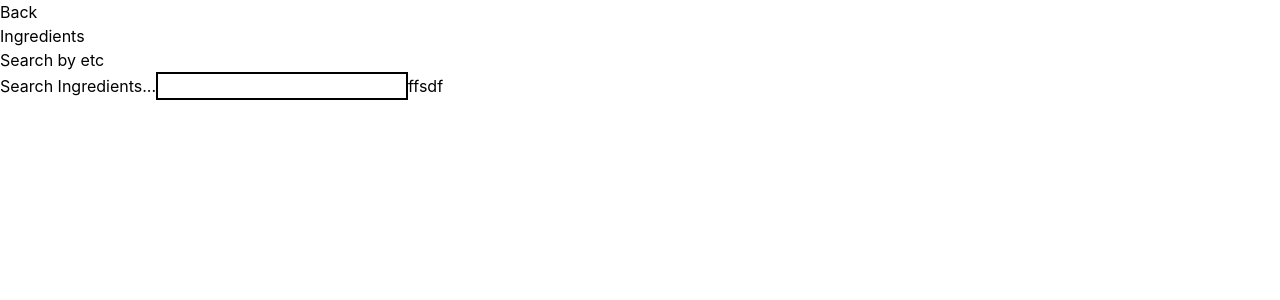
Repository: thais-chen/Meal
Page: /ingredients (app in meal-plan/)
The author's editor kept a copy of each file at every save. The page is drawn from the files as they stood at one save, then again after a run of saves.
The browser window is 1280 px wide. The pictures show the whole page.
The project was rebuilt for these pictures with package versions that can differ from the ones it lists, and the page was loaded fresh each time. The framework's server and built-in components were replaced by stand-ins that run in the browser. Also part of the build but not shown: meal-plan/next.config.js.

Above is the page before, as saved 2022-08-11 19:25:04.

### meal-plan/pages/_app.js
import '../styles/globals.css'
/* import '../styles/globals.css'
import 'tailwindcss/tailwind.css'; */
function MyApp({ Component, pageProps }) {
  return <Component {...pageProps} />
}

export default MyApp

### meal-plan/pages/ingredients.js
import Heading from "../comps/Heading";
import Form from "../comps/Form";
import Navbar from "../comps/Navbar";
import { useState, useRef } from "react";

export default function Ingredients() {

  const inputRef = useRef();
  const [form, setForm] = useState("");
  const [theimg, setTheImg] = useState({
    name: "",
    url: "",
    id: "",
  });
  const [imgArr, setImgArr] = useState([]);

  function handleChange(e) {
    setForm(e.target.value);
  }

const getImg = async () => {
  const params = new URLSearchParams({ ingr: form });
  const res = await fetch(
    `https://edamam-food-and-grocery-database.p.rapidapi.com/parser?ingr=${params}`,
    {
      method: "GET",
      headers: {
        "X-RapidAPI-Key": "29a63a7413msh8378b61a2e11cf3p192e62jsn53d83f1651fe",
        "X-RapidAPI-Host": "edamam-food-and-grocery-database.p.rapidapi.com",
      },
    }
  );

  if (!res.ok) {
    throw res;
  }

  const data = await res.json();
  return {
    name: form,
    url: data.parsed[0].food.image,
    id: Math.random(), // recommend Date.now() instead
  };
};
const clickHandler = async () => {
  try {
    const newImg = await getImg(); // wait for getImg() to resolve
    setTheImg(newImg); // set img state
    setImgArr((prev) => [...prev, newImg]); // add it to the array

  } catch (err) {
    console.error(err);
  }

};

  const thingsElements = imgArr.map((thing) => (
    <div key={thing.id}>
      <img src={thing.url} />
      <p>{thing.name}</p>
    </div>
  ));

  return (
    <>
      <Navbar page="/" />
      <Heading heading="Ingredients" info="Search by etc" />
      <Form
        label="Search Ingredients..."
        onChange={handleChange}
        value={form.value}
        imgsrc={theimg}
        ref={inputRef}
        clicked={clickHandler}
      />

      {thingsElements}
    </>
  );
}

### meal-plan/styles/globals.css
@import 'tailwindcss/base';
@import 'tailwindcss/components';

@import 'tailwindcss/utilities';

html,
body {
  padding: 0;
  margin: 0;
  font-family: -apple-system, BlinkMacSystemFont, Segoe UI, Roboto, Oxygen,
    Ubuntu, Cantarell, Fira Sans, Droid Sans, Helvetica Neue, sans-serif;
}

a {
  color: inherit;
  text-decoration: none;
}

* {
  box-sizing: border-box;
}

@media (prefers-color-scheme: dark) {
  html {
    color-scheme: dark;
  }
  body {
    color: white;
    background: black;
  }
}

input{
  border:2px solid;
}

### meal-plan/comps/Heading.js

const Heading = (props) => {
    return(
        <div>
            <h1> {props.heading}</h1>
            <p>{props.info}</p>
        </div>
    )
}
export default Heading;

### meal-plan/comps/Form.js
import { useState } from "react";

const Form = (props) => {
  return (
    <>
      <label>
        {props.label}
        <input value={props.value} onChange={props.onChange} />
        <button onClick={props.clicked}> ffsdf</button>
      </label>
    </>
  );
};
export default Form;

### meal-plan/comps/Navbar.js
import Link from "next/link";

const Navbar = (props) => {
  return (
    <>
      <Link href={`${props.page}`}>
        <a> Back </a>
      </Link>
    </>
  );
};
export default Navbar;

### meal-plan/tailwind.config.js
/** @type {import('tailwindcss').Config} */
module.exports = {
  content: [
    "./pages/**/*.{js,ts,jsx,tsx}",
    "./comps/**/*.{js,ts,jsx,tsx}",
  ],
  theme: {
    extend: {},
  },
  plugins: [],
};

After the next 2 saves:
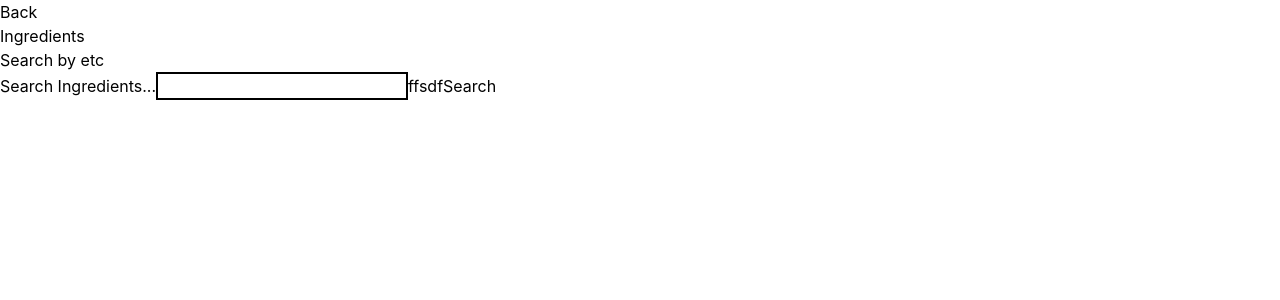
The 2 saves are shown as one change because they came seconds apart.
The last was saved 7 s later.
--- a/meal-plan/pages/ingredients.js
+++ b/meal-plan/pages/ingredients.js
@@ -51,7 +51,6 @@ const clickHandler = async () => {
   } catch (err) {
     console.error(err);
   }
-
 };
 
   const thingsElements = imgArr.map((thing) => (
@@ -73,6 +72,7 @@ const clickHandler = async () => {
         ref={inputRef}
         clicked={clickHandler}
       />
+      <button onClick={clickHandler}>Search</button>
 
       {thingsElements}
     </>
